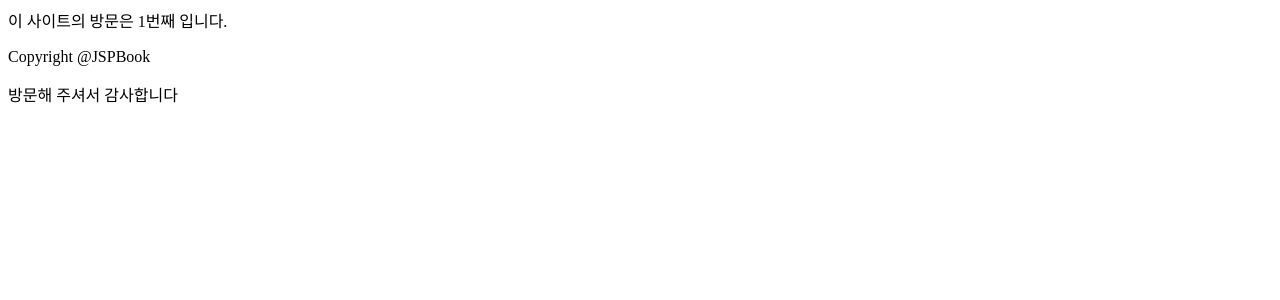
Repository: pjongbum/JSP
Page: http://localhost/jsbook/chapter03/exam03_10.jsp
These files come from the project's save history. The page is drawn as it stood at one moment and after the next save; the edit follows.
The browser window is 1280 px wide. The pictures show the whole page.
The page is served by Tomcat 10. Other server files are loaded and not shown.

Above is the page before, as saved 2024-10-08 07:17:28.

### jsbook/src/main/webapp/chapter03/exam03_10.jsp
<%@ page language="java" contentType="text/html; charset=UTF-8" pageEncoding="UTF-8"%>
<%@ include file = "include02_header.jsp" %>
<%@ include file = "include02_footer.jsp" %>
<!DOCTYPE html>
<html>
<head>
<meta charset="UTF-8">
<title>Insert title here</title>
</head>
<body>

	 <p>방문해 주셔서 감사합니다</p>

</body>
</html>

### jsbook/src/main/webapp/chapter03/include02_header.jsp
<%@ page contentType="text/html; charset=UTF-8" %>
<%!
	int pageCount = 0;
	void addCount() {
	pageCount++;
	}
%>
<%
	addCount();
%>
<p>이 사이트의 방문은 <%= pageCount %>번째 입니다.</p>

### jsbook/src/main/webapp/chapter03/include02_footer.jsp
<%@ page language="java" contentType="text/html; charset=UTF-8" pageEncoding="UTF-8"%>
<!DOCTYPE html>
<html>
<head>
<meta charset="UTF-8">
<title>Insert title here</title>
</head>
<body>
Copyright @JSPBook
</body>
</html>

After the next save:
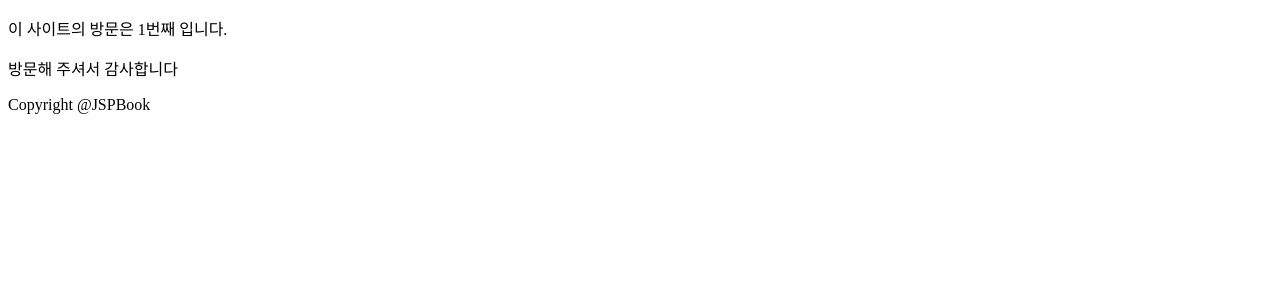
Saved 59 s later.
--- a/jsbook/src/main/webapp/chapter03/exam03_10.jsp
+++ b/jsbook/src/main/webapp/chapter03/exam03_10.jsp
@@ -1,6 +1,4 @@
 <%@ page language="java" contentType="text/html; charset=UTF-8" pageEncoding="UTF-8"%>
-<%@ include file = "include02_header.jsp" %>
-<%@ include file = "include02_footer.jsp" %>
 <!DOCTYPE html>
 <html>
 <head>
@@ -8,8 +6,8 @@
 <title>Insert title here</title>
 </head>
 <body>
-
+	 <%@ include file = "include02_header.jsp" %>
 	 <p>방문해 주셔서 감사합니다</p>
-
+	 <%@ include file = "include02_footer.jsp" %>
 </body>
 </html>
